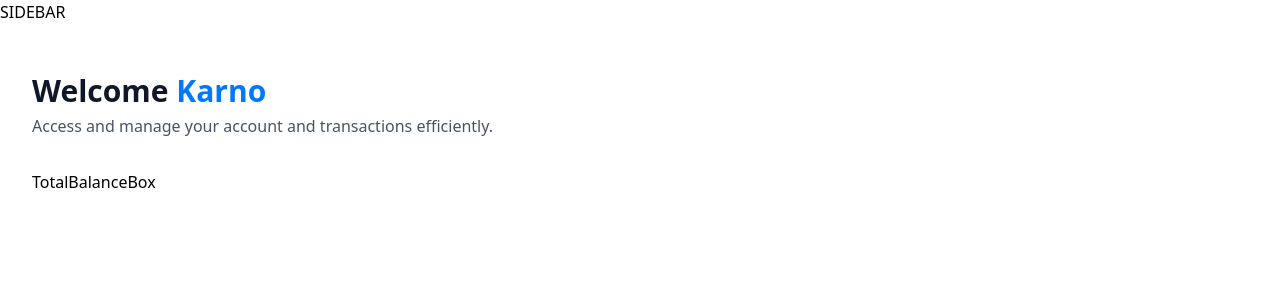
Repository: KarnoSarker/Banking
Page: /
These files come from the project's save history. The page is drawn as it stood at one moment and after the next save; the edit follows.
The browser window is 1280 px wide. The pictures show the whole page.
The project was rebuilt for these pictures with package versions that can differ from the ones it lists, and the page was loaded fresh each time. The framework's server and built-in components were replaced by stand-ins that run in the browser. Also part of the build but not shown: next.config.mjs.

Above is the page before, as saved 2024-05-14 12:27:49.

After the next save:
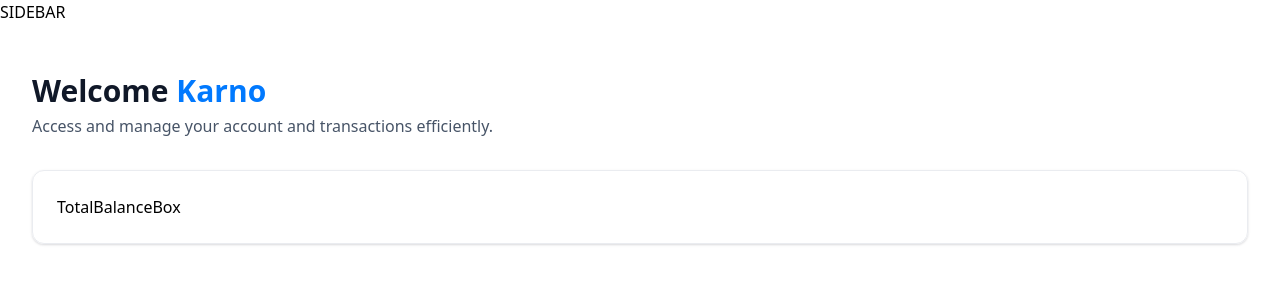
Saved 100 s later.
--- a/components/TotalBalanceBox.tsx
+++ b/components/TotalBalanceBox.tsx
@@ -1,7 +1,11 @@
 import React from 'react';
 
-const TotalBalanceBox = () => {
-  return <div>TotalBalanceBox</div>;
+const TotalBalanceBox = ({
+  accounts = [],
+  totalBanks,
+  totalCurrentBalance,
+}: TotlaBalanceBoxProps) => {
+  return <section className='total-balance'>TotalBalanceBox</section>;
 };
 
 export default TotalBalanceBox;
